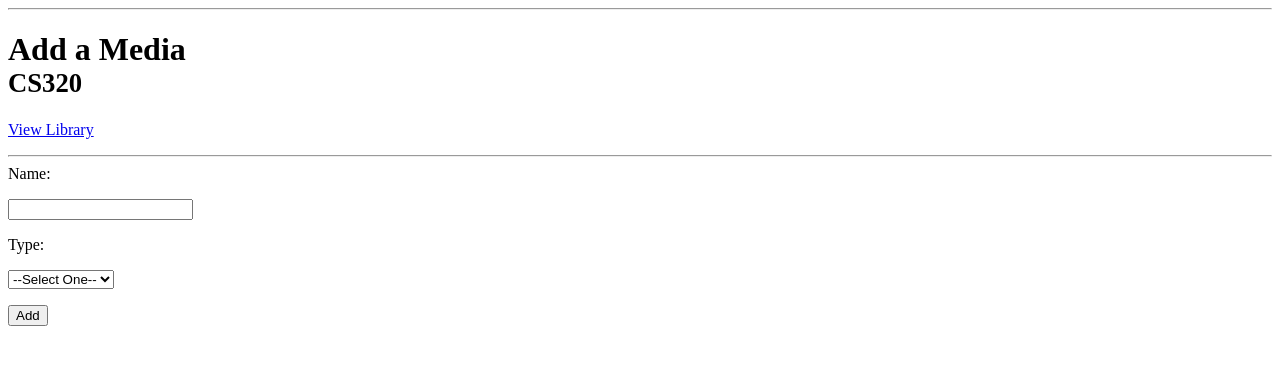
Repository: JamesPatel37/Java-Development-II-III
Page: http://localhost/CS320/AddMedia.jsp
These files come from the project's save history. The page is drawn as it stood at one moment and after the next save; the edit follows.
The browser window is 1280 px wide. The pictures show the whole page.
The page is served by Tomcat 9.

Above is the page before, as saved 2015-06-11 20:10:22.

After the next save:
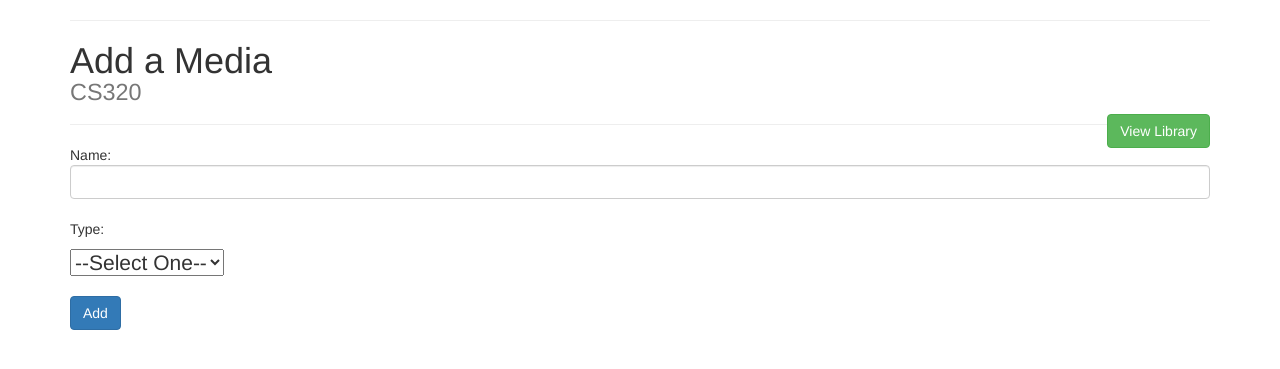
Saved 3 min 29 s later.
--- a/Workspace/CS320/WebContent/AddMedia.jsp
+++ b/Workspace/CS320/WebContent/AddMedia.jsp
@@ -7,9 +7,9 @@
 
 <head>
 <meta http-equiv="Content-Type" content="text/html; charset=ISO-8859-1">
-<title>Insert title here</title>
+<title>Add Media</title>
+<link rel='stylesheet' href='https://maxcdn.bootstrapcdn.com/bootstrap/3.3.1/css/bootstrap.min.css'></head>
 </head>
-
 
 <body>
 <div class='container'>
